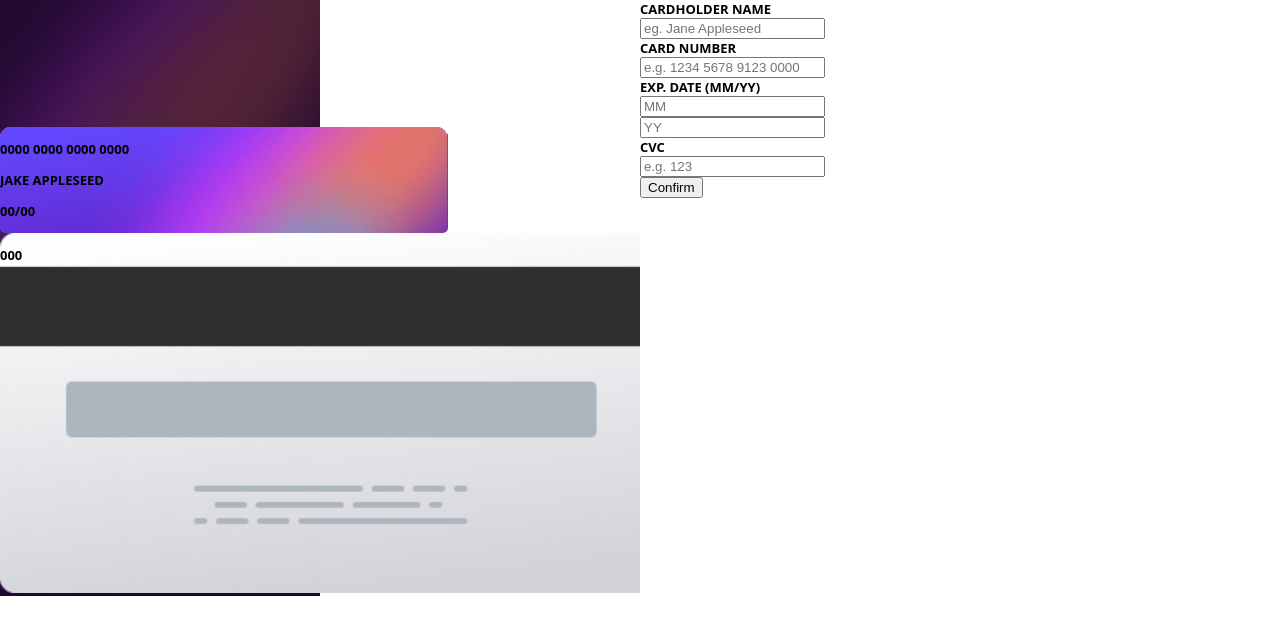
Repository: Celebration-cloud/my-project
Page: interactive-card-details-form-main/index.html
An editor plug-in stored every save of this project. The page is shown before and after a run of saves, followed by the edit.
The browser window is 1280 px wide. The pictures show the whole page.

Above is the page before, as saved 2023-08-22 18:44:52.

After the next 4 saves:
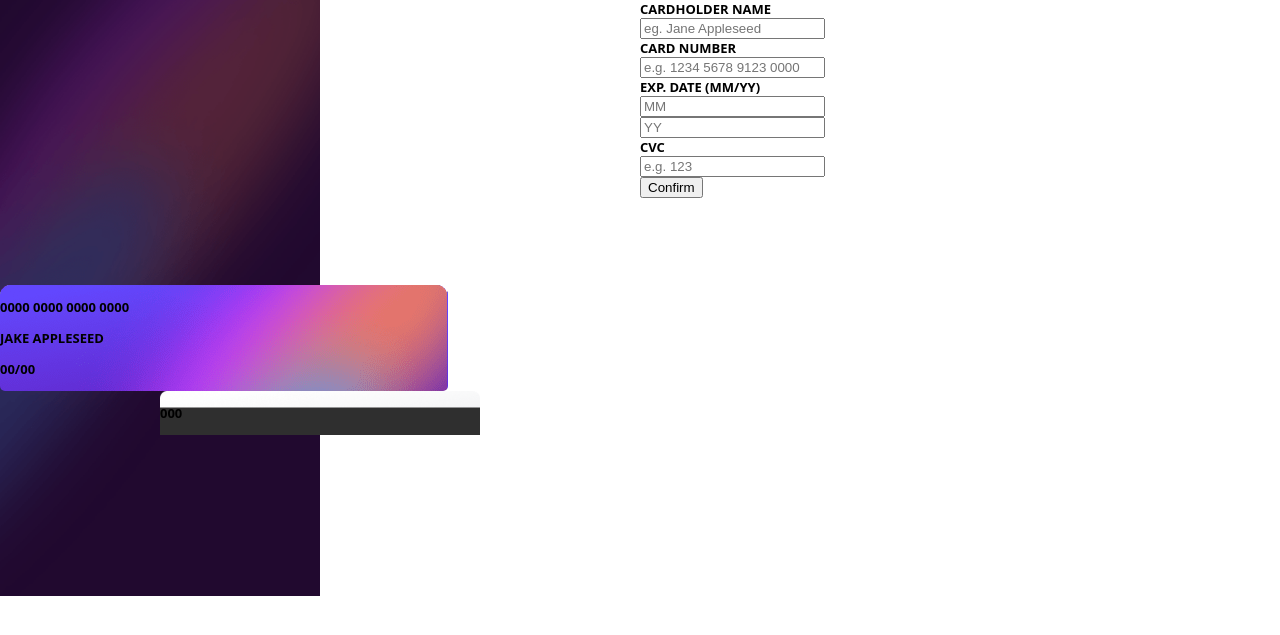
The 4 saves are shown as one change because they came seconds apart.
The last was saved 28 s later.
--- a/interactive-card-details-form-main/index.css
+++ b/interactive-card-details-form-main/index.css
@@ -26,7 +26,7 @@ body{
 #card-back{
     background-image: url(images/bg-card-back.png);
     background-size: cover;
-    width: 100%;
-    height: 50%;
+    width: 50%;
+
     align-self: center;
 }
